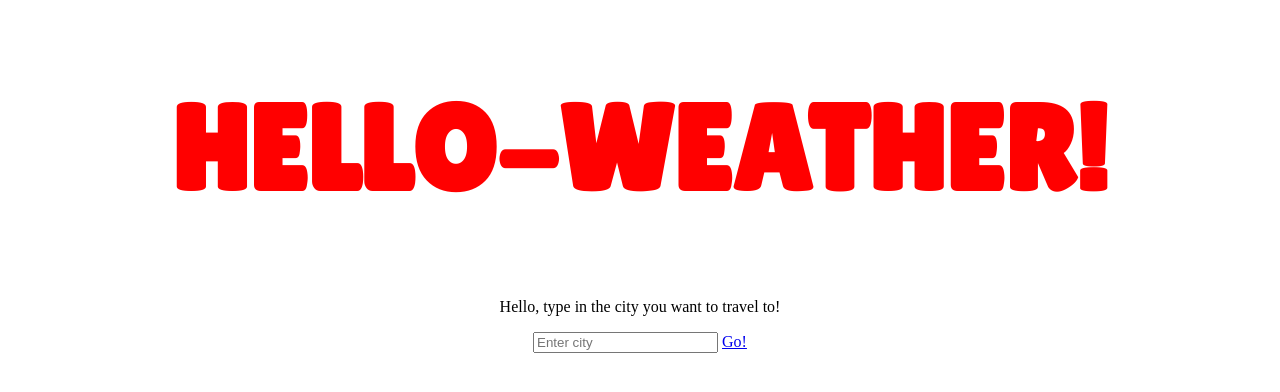
Repository: Jazinha/Hello-kitty-weather
Page: index.html
An editor plug-in stored every save of this project. The page is shown before and after the next save, followed by the edit.
The browser window is 1280 px wide. The pictures show the whole page.

Above is the page before, as saved 2023-02-03 20:28:01.

### index.html
<!DOCTYPE html>
<html>
    <head>
        <title>Hello-Weather!</title>
        <meta charset="utf-8">
        <link rel="stylesheet" href="style.css">
        <link rel="preconnect" href="https://fonts.googleapis.com">
<link rel="preconnect" href="https://fonts.gstatic.com" crossorigin>
<link href="https://fonts.googleapis.com/css2?family=Itim&family=Lilita+One&display=swap" rel="stylesheet">
    </head>
    <body>
        <div class="container">
            <div id="home" class="flex-column flex-center"></div>
            <h1>HELLO-WEATHER!</h1>
            <p>Hello, type in the city you want to travel to!</p>
            <input id="initial" type="text" placeholder="Enter city">
            <a href="forecast.html" class="btn">Go! </a>
        </div>
    </body>
</html>

### style.css
.container {
    text-align: center;
    justify-content: center;
}

h1 {
    font-size: 120px;
    font-family: 'Lilita One', cursive;
    color: red;
    border: black;

}

After the next save:
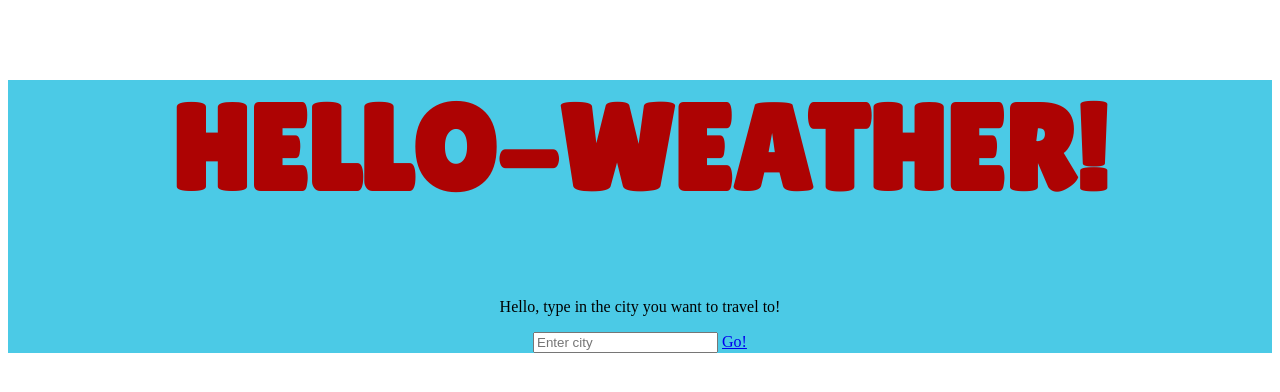
Saved 4 min 26 s later.
--- a/style.css
+++ b/style.css
@@ -1,12 +1,12 @@
 .container {
     text-align: center;
     justify-content: center;
+    background-color: rgb(75, 202, 230);
 }
 
 h1 {
     font-size: 120px;
     font-family: 'Lilita One', cursive;
-    color: red;
-    border: black;
+    color: rgb(173, 3, 3);
 
 }
